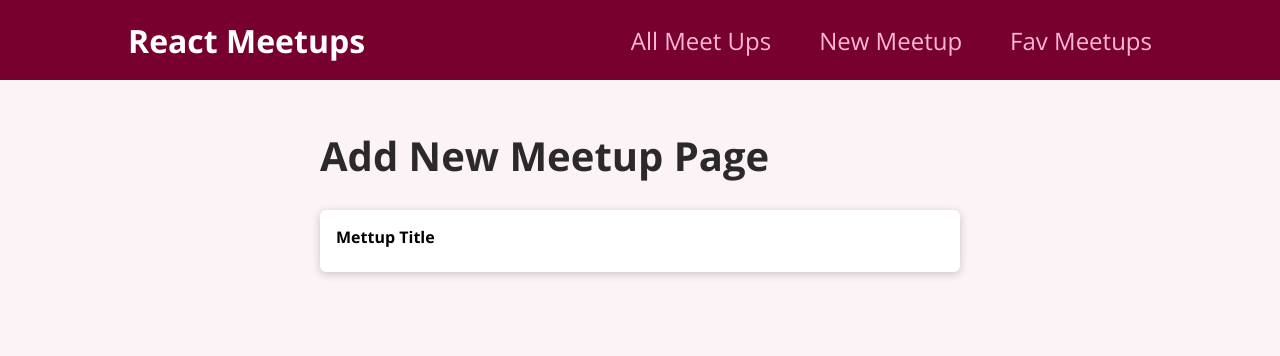
Repository: portretrieve/react-meetup-app
Page: /meet
These files come from the project's save history. The page is drawn as it stood at one moment and after the next save; the edit follows.
The browser window is 1280 px wide. The pictures show the whole page.
The project was rebuilt for these pictures with package versions that can differ from the ones it lists, and the page was loaded fresh each time. A package was used in the major version that the imports need, not the one package.json lists. Also part of the build but not shown: src/components/meetups/MeetupList.module.css, src/components/meetups/Meetupitem.module.css, src/components/meetups/MeetupItem.js, src/components/meetups/MeetupList.js, src/pages/AllMeetups.js, src/pages/Favourites.js.

Above is the page before, as saved 2021-08-19 01:06:32.

### src/App.js
import { Route, Switch } from "react-router-dom";

import AllMeetupsPage from "./pages/AllMeetups";
import FavouritesPage from "./pages/Favourites";
import NewMeetupPage from "./pages/NewMeetup";
import Layout from "./components/layout/Layout";

function App() {
  return (
    <Layout>
      <Switch>
        <Route path="/" exact>
          <AllMeetupsPage />
        </Route>
        <Route path="/meet">
          <NewMeetupPage />
        </Route>
        <Route path="/fav">
          <FavouritesPage />
        </Route>
      </Switch>
    </Layout>
  );
}

export default App;

### src/pages/NewMeetup.js
import NewMeetupForm from "../components/meetups/NewMeetupForm";

function NewMeetupPage() {
  return (
    <div>
      <h1>Add New Meetup Page</h1>
      <NewMeetupForm />
    </div>
  );
}

export default NewMeetupPage;

### src/components/layout/Layout.js
import classes from "./Layout.module.css";
import MainNavigation from "./MainNavigation";
function Layout(props) {
  return (
    <div>
      <MainNavigation></MainNavigation>
      <main className={classes.main}>{props.children}</main>
    </div>
  );
}

export default Layout;

### src/components/meetups/NewMeetupForm.js
import classes from "./NewMeetupForm.module.css";
import Card from "../userInterface/Card";

function NewMeetupForm() {
  return (
    <Card>
      <form className={classes.form}>
        <div className={classes.control}>
          <label htmlFor="title">Mettup Title</label>
        </div>
      </form>
    </Card>
  );
}
export default NewMeetupForm;

### src/components/layout/MainNavigation.js
import { Link } from "react-router-dom";
import classes from "./MainNavigation.module.css";

function MainNavigation() {
  return (
    <header className={classes.header}>
      <div className={classes.logo}>React Meetups</div>
      <nav>
        <ul>
          <li>
            <Link to="/">All Meet Ups</Link>
          </li>
          <li>
            <Link to="/meet">New Meetup</Link>
          </li>
          <li>
            <Link to="/fav">Fav Meetups</Link>
          </li>
        </ul>
      </nav>
    </header>
  );
}

export default MainNavigation;

### src/components/meetups/NewMeetupForm.module.css
.form {
    padding: 1rem;
}

.control {
    margin-bottom: 0.5rem;
}

.control label {
    display: block;
    font-weight: bold;
    margin-bottom: 0.5rem;
}

.control input,
.control textarea {
    display: block;
    font: inherit;
    border-radius: 4px;
    border: 1px solid #ccc;
    padding: 0.25rem;
    width: 100%;
}

.actions {
    margin-top: 1rem;
    text-align: right;
}

.actions button {
    font: inherit;
    cursor: pointer;
    background-color: #77002e;
    color: white;
    padding: 0.5rem 1.5rem;
    border: 1px solid #77002e;
    border-radius: 4px;
    font-weight: bold;
}

.actions button:hover,
.actions button:active {
    background-color: #a50e48;
    border-color: #a50e48;
}

### src/components/userInterface/Card.js
import classes from "./Card.module.css";

function Card({ children }) {
  return <div className={classes.card}>{children}</div>;
}

export default Card;

Loaded but not shown: public/index.html (common file); src/index.js (common file); src/index.css (common file); src/components/layout/Layout.module.css (common file); src/components/layout/MainNavigation.module.css (common file); src/components/userInterface/Card.module.css (common file)

After the next save:
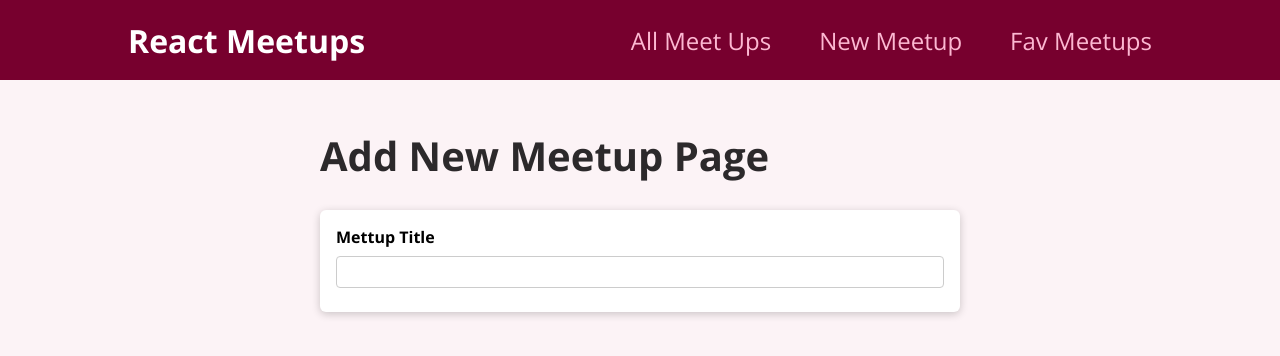
Saved 29 s later.
--- a/src/components/meetups/NewMeetupForm.js
+++ b/src/components/meetups/NewMeetupForm.js
@@ -7,6 +7,7 @@ function NewMeetupForm() {
       <form className={classes.form}>
         <div className={classes.control}>
           <label htmlFor="title">Mettup Title</label>
+          <input type="text" id="title" required />
         </div>
       </form>
     </Card>
